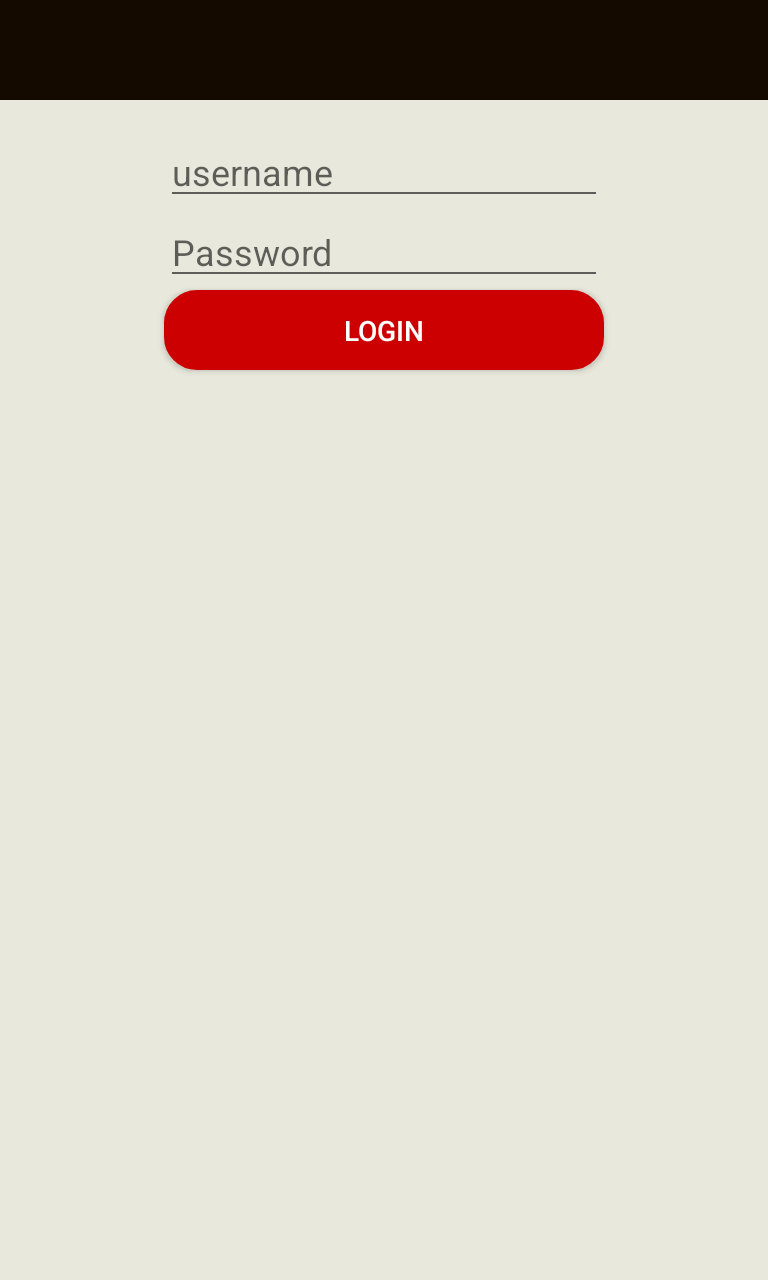
Repository: thomasb101/SYE-PUBapp
Layout: Android/SYE_PUB/res/layout/activity_login.xml
The author's editor kept a copy of each file at every save. The layout is drawn from the files as they stood at one save, then again after the next save.
It is drawn on a 768 x 1280 px phone screen (xhdpi) without system bars, with theme AppTheme; the app's code is not run. The app's manifest (not shown) leaves right-to-left support off. So textAlignment, textDirection and layoutDirection are ignored, and left and right values win over start and end ones.

Above is the layout before, as saved 2014-10-19 22:39:07.

After the next save:
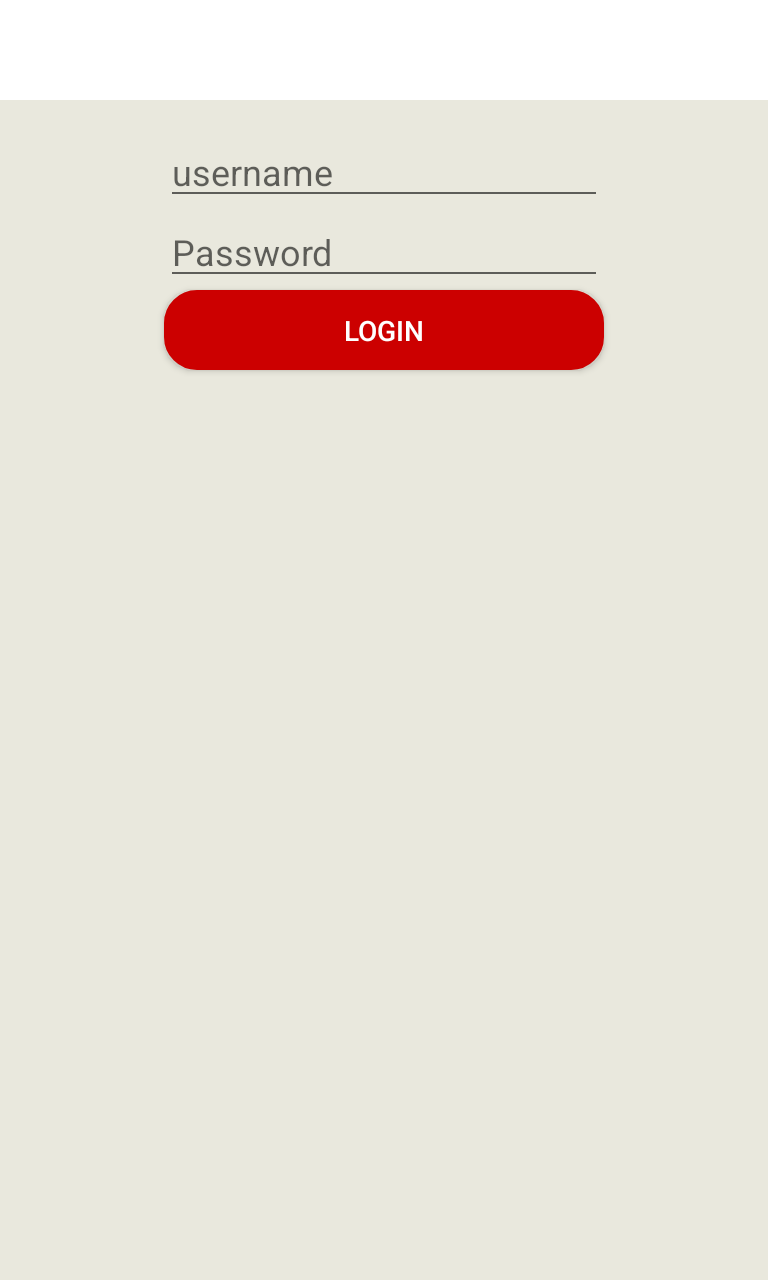
Saved 33 s later.
--- a/Android/SYE_PUB/res/layout/activity_login.xml
+++ b/Android/SYE_PUB/res/layout/activity_login.xml
@@ -9,7 +9,7 @@
         android:id="@+id/imageView1"
         android:layout_width="fill_parent"
         android:layout_height="100px"
-        android:background="#140A00"
+        android:background="#ffffff"
         android:src="@images/crest"
         android:layout_gravity="center"
          />
